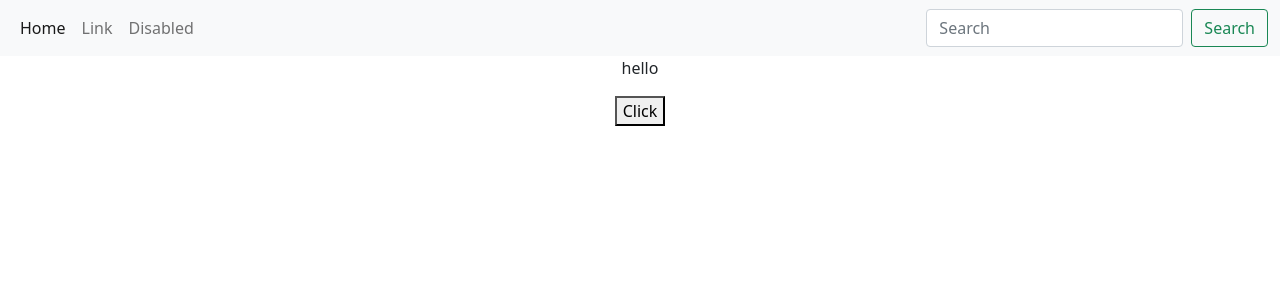
Repository: codysun1912/code
Page: / (app in shop/)
These files come from the project's save history. The page is drawn as it stood at one moment and after the next save; the edit follows.
The browser window is 1280 px wide. The pictures show the whole page.
The project was rebuilt for these pictures with package versions that can differ from the ones it lists, and the page was loaded fresh each time. Also part of the build but not shown: shop/src/components/Home.jsx, shop/src/components/Login.js.

Above is the page before, as saved 2022-04-10 19:17:50.

After the next save:
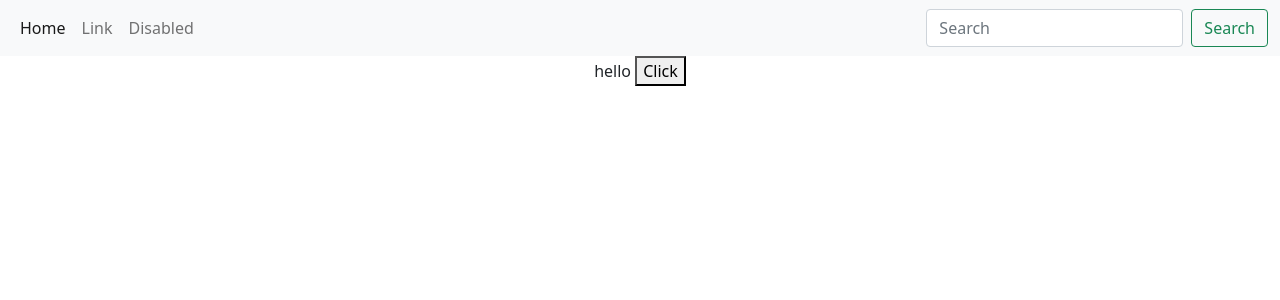
Saved 64 s later.
--- a/shop/src/components/About.jsx
+++ b/shop/src/components/About.jsx
@@ -4,7 +4,7 @@ export default function About() {
   const [jobs , setJobs] = useState(0)
   return (
     <div>
-      <p>hello {setJobs}</p>
+      hello {setJobs}
       <button onClick={() => setJobs(jobs + 1)}>Click</button>
     </div>
   )
